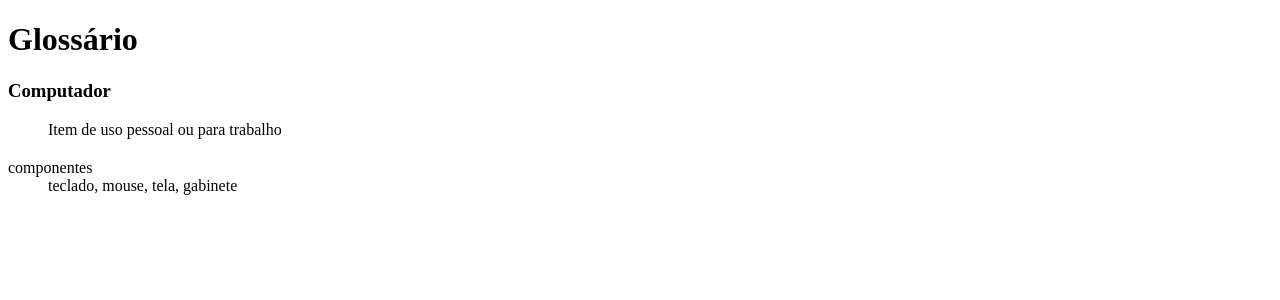
Repository: RenatoCCS/Mais1Code
Page: Rocketseat/Fundamentar/01 - O guia estelar de HTML/Desafios/1_Glossario/glossary.html
The author's editor kept a copy of each file at every save. The page is drawn from the files as they stood at one save, then again after a run of saves.
The browser window is 1280 px wide. The pictures show the whole page.

Above is the page before, as saved 2022-04-18 20:34:23.

### Rocketseat/Fundamentar/01 - O guia estelar de HTML/Desafios/1_Glossario/glossary.html
<!DOCTYPE html>
<html lang="pt-br">
<head>
    <meta charset="UTF-8">
    <meta http-equiv="X-UA-Compatible" content="IE=edge">
    <meta name="viewport" content="width=device-width, initial-scale=1.0">
    <title>Glossário</title>
</head>
<body>

    <h1>Glossário</h1>
<dl>
    <h3><dt>Computador</dt></h3>
    <dd>Item de uso pessoal ou para trabalho</dd>

    <h2></h2><dt>componentes</dt>
    <dd>teclado, mouse, tela, gabinete</dd>
</dl>



</body>
</html>

After the next 2 saves:
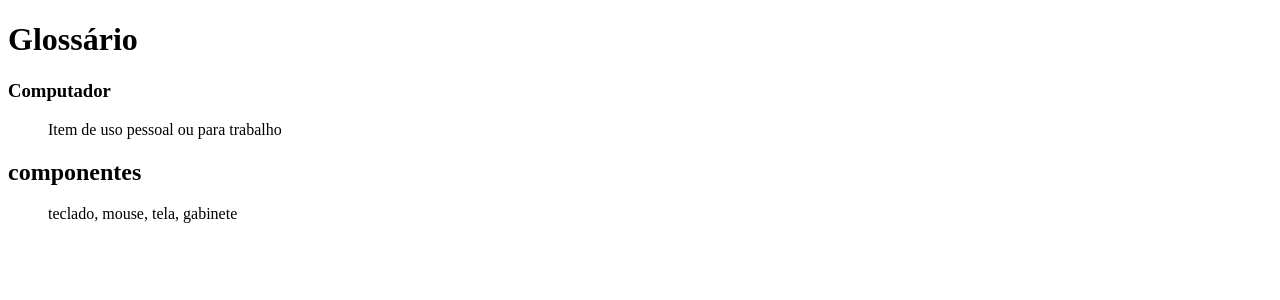
The 2 saves are shown as one change because they came seconds apart.
The last was saved 10 s later.
--- a/Rocketseat/Fundamentar/01 - O guia estelar de HTML/Desafios/1_Glossario/glossary.html
+++ b/Rocketseat/Fundamentar/01 - O guia estelar de HTML/Desafios/1_Glossario/glossary.html
@@ -13,7 +13,7 @@
     <h3><dt>Computador</dt></h3>
     <dd>Item de uso pessoal ou para trabalho</dd>
 
-    <h2></h2><dt>componentes</dt>
+    <h2><dt>componentes</dt></h2>
     <dd>teclado, mouse, tela, gabinete</dd>
 </dl>
 
